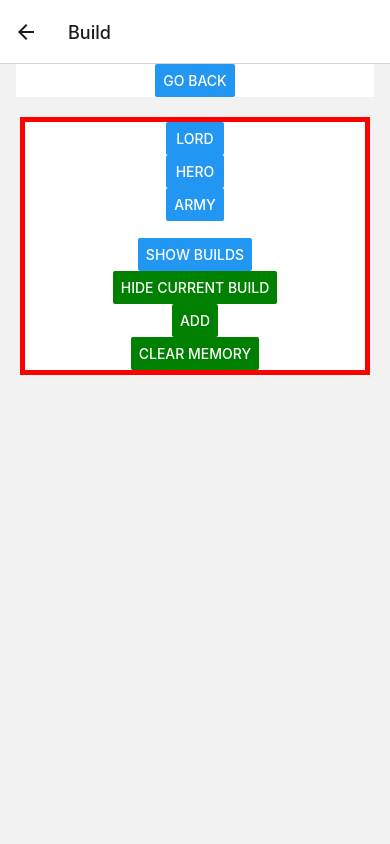
Repository: LingyuLiu11/mobile_app
Screen: /Build, after clicking the first element matching `div.r-paddingBottom-97e31f > button`
An editor plug-in stored every save of this project. The screen is shown before and after a run of saves, followed by the edit.
The app was drawn by React Native's web renderer in a window 390 px wide. The project was rebuilt for these pictures with package versions that can differ from the ones it lists, and the page was loaded fresh each time. Also part of the build but not shown: components/Reviews.js.

Above is the screen before, as saved 2021-10-25 02:06:26.

After the next 5 saves:
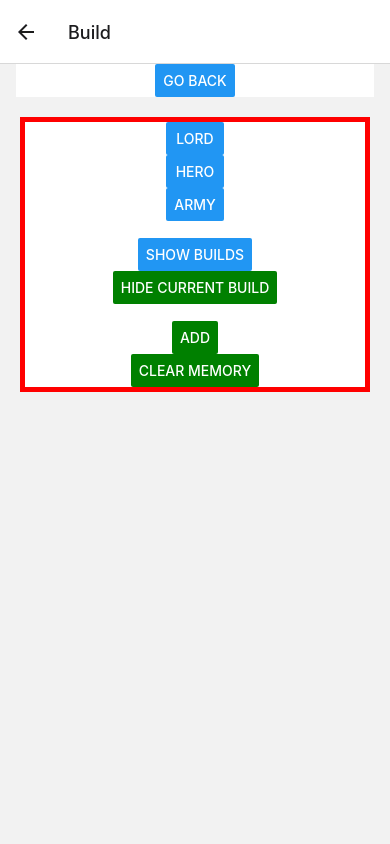
The 5 saves are shown as one change because they came seconds apart.
The last was saved 13 s later.
--- a/components/Builds.js
+++ b/components/Builds.js
@@ -132,9 +132,9 @@ const Builds = () => {
       <Button
                   title={(debugging?'hide':'show')+" current build" }
                   color="green"
-                  onPress = {() => setCurrlooking(!currlooking)}
+                  onPress = {() => setDebugging(!debugging)}
                   />
-                  <currView/>
+                  {debugView}
 
                   <Button
           color="green"
